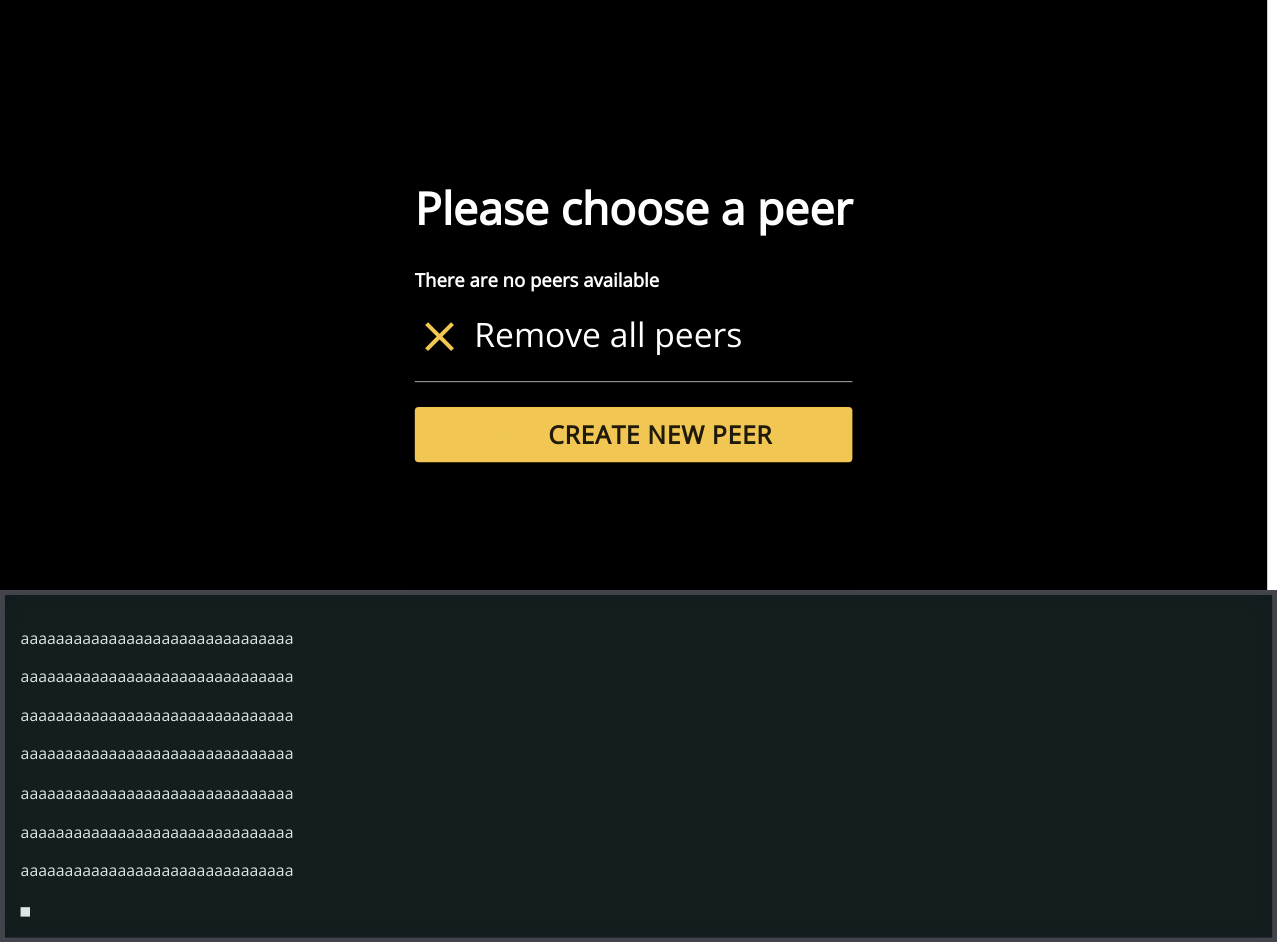
Repository: Bachdz/ASAP-Gui-Frontend
Page: /login
The author's editor kept a copy of each file at every save. The page is drawn from the files as they stood at one save, then again after the next save.
The browser window is 1280 px wide. The page is 1290 px wide, so the pictures cover 1290 px, including what lies to the right of the window. The pictures show the whole page, at 99% of full size.
The page's requests for data from a server got no answer. The project was rebuilt for these pictures with package versions that can differ from the ones it lists, and the page was loaded fresh each time. No one was signed in, and anything a server would have sent is missing. Also part of the build but not shown: src/css/loginscreen/Peer.css, src/components/fragments/Footer.js, src/components/mainscreen/subcomponents/Apps.js, src/css/mainscreen/Main.css, src/components/mainscreen/Main.js.

Above is the page before, as saved 2020-12-16 19:35:06.

### src/App.js
import React from 'react';



import { ReactComponent as Arrow } from './arrow.svg';
import Login from './components/loginscreen/Login';
import Main from './components/mainscreen/Main';
import { Link } from 'react-router-dom';
import Logo from './components/fragments/Footer';


import { BrowserRouter as Router, Route } from 'react-router-dom'

import './App.css';

function App() {
  return (
      <Router>
        <Route exact path="/" render={props => (
          <React.Fragment>
        <div className="container">

            <div className="content">
              <div id="box">
                <h1>Welcome to ASAP engine</h1>
                <Link to="/login"><Arrow id="next" /></Link>
              </div>
            </div>
          <Logo />
        </div>


          </React.Fragment>
        )} />
        <Route path="/login" component={Login} />
        <Route path="/main/user" component={Main} />

      </Router>
  );
}



export default App;

### src/components/loginscreen/Login.js
import React, { Component } from 'react';
import Peer from './subcomponents/Peer';
import CreateUser from './subcomponents/CreateUser';
import CloseIcon from '@material-ui/icons/Close';
import Alert from '@material-ui/lab/Alert';
import Snackbar from '@material-ui/core/Snackbar';
import Logo from '../fragments/Footer';
import Terminal from '../fragments/Terminal';



import '../../css/loginscreen/Login.css';
import axios from 'axios';



class Login extends Component {
    state = {
        peers: [],
        alertopen: false,
        alertmsg: '',
        alerttype: ''
    }

    componentDidMount() {
        axios.get('http://localhost:8080/api/v1/asap/peers')
            .then(res => this.setState({ peers: res.data }))
    }

    //create User
    addUser = (userName) => {
        let url = 'http://localhost:8080/api/v1/asap/peer?name=' + userName;
        axios.post(url)
            .then(res => this.setState({ peers: [...this.state.peers, res.data] }))
    }

    //remove all users
    removeAllUser = () => {
        axios.delete('http://localhost:8080/api/v1/asap/peers')
            .then(res => {
                if (res.data === false) {
                    this.setState({ alertopen: !this.state.alertopen, alertmsg: "Couldn't delete peers", alerttype: "error" });

                } else if (res.data === true) {
                    this.setState({ alertopen: !this.state.alertopen, alertmsg: "Deleted successfully ", alerttype: "success" });
                    axios.get('http://localhost:8080/api/v1/asap/peers')
                        .then(res => this.setState({ peers: res.data }))
                }



            }


            )


    }

    handleClose = (event, reason) => {
        this.setState({ alertopen: !this.state.alertopen });
    }


    render() {
        const { alertopen, alertmsg, alerttype } = this.state;
        return (
            <div>

                <div className="container">
                    <div className="content">
                        <div className="login-container">
                            <Snackbar anchorOrigin={{ vertical: 'top', horizontal: 'center' }} open={alertopen} autoHideDuration={2000} onClose={this.handleClose}>
                                <Alert onClose={this.handleClose} severity={alerttype}>
                                    {alertmsg}
                                </Alert>
                            </Snackbar>
                            <h1>Please choose a peer</h1>
                            <Peer peers={this.state.peers} />

                            <div id="remove-peer">
                                <CloseIcon id="remove" onClick={this.removeAllUser} /> Remove all peers
            </div>
                            <CreateUser addUser={this.addUser} />

                        </div>
                    </div>

                </div>
                <Terminal />

            </div>

        );
    }
}


export default Login;

### src/App.css
@import url('https://fonts.googleapis.com/css?family=Open+Sans');
body {
  font-family: "Open Sans", sans-serif;

}

#box {
  text-align: center;
}

.content {
  min-height: 80vh;
  margin-top:20px;
  display: flex;
  align-items: center;
}

.container {
  display: flex;
  align-items: center;
  justify-content: center;
  flex-direction: column;
  background-color: #000000;
  color: #ffffff;
  height: 70%;
  margin:0;
}

footer {
 margin-top:auto;
 width: 100vw;
}



#next {
  cursor: "pointer";
  transition: transform 330ms ease-in-out;

}
#next:hover {
  cursor: pointer;
  -ms-transform: scale(1.2); /* IE 9 */
  -webkit-transform: scale(1.2); /* Safari 3-8 */
  transform: scale(1.2);
}
h1 {
  font-size: 45px;
  text-align: center;
  animation: fadein 3s;
  -moz-animation: fadein 3s; /* Firefox */
  -webkit-animation: fadein 3s; /* Safari and Chrome */
  -o-animation: fadein 3s; /* Opera */
}
@keyframes fadein {
  from {
      opacity:0;
  }
  to {
      opacity:1;
  }
}
@-moz-keyframes fadein { /* Firefox */
  from {
      opacity:0;
  }
  to {
      opacity:1;
  }
}
@-webkit-keyframes fadein { /* Safari and Chrome */
  from {
      opacity:0;
  }
  to {
      opacity:1;
  }
}
@-o-keyframes fadein { /* Opera */
  from {
      opacity:0;
  }
  to {
      opacity: 1;
  }
}

### src/components/loginscreen/subcomponents/Peer.js
import React from 'react';
import '../../../css/loginscreen/Peer.css';
import AccountCircleIcon from '@material-ui/icons/AccountCircle';
import ArrowForwardIcon from '@material-ui/icons/ArrowForward';
// import { Redirect } from 'react-router-dom';
import { Link } from 'react-router-dom';

function Peer (props) {

        if (props.peers.length > 0) {
            return (
                props.peers.map((peer) => (
                    <div className="peer-container">
                        <AccountCircleIcon id="icon" />
                        {peer.name}
                        <Link to={{
                            pathname: '/main/user',
                            state: {
                                peer: peer.name
                            }
                        }}>
                            <ArrowForwardIcon id="forward" />
                        </Link>
                    </div>

                ))

            );


        } else {
            return (
                <h3>There are no peers available</h3>
            )
        }
    }





export default Peer;

### src/components/loginscreen/subcomponents/CreateUser.js
import React, {Component} from 'react';
import Button from '@material-ui/core/Button';
import AddIcon from '@material-ui/icons/Add';
import TextField from '@material-ui/core/TextField';
import Dialog from '@material-ui/core/Dialog';
import DialogActions from '@material-ui/core/DialogActions';
import DialogContent from '@material-ui/core/DialogContent';
import '../../../css/loginscreen/CreateUser.css';
import DialogContentText from '@material-ui/core/DialogContentText';

export class CreateUser extends Component {
    state = {
        open: false,
        error: false,
        username: ''
    }

    handleClickOpen = () => {
        this.setState({
            open: !this.state.open
        })
      };

    handleClose = (e) => {
        this.setState({
            open: !this.state.open
        })
    };

    onChange = (e) => this.setState({ [e.target.name]: e.target.value })

    onSubmit = (e) => {
        if (this.state.username !== '') {
            this.props.addUser(this.state.username);
            this.setState({username : ''});
            this.handleClose();
        } else {
            this.setState({error: true});
        }
    }

    render() {
    const { open,error } = this.state

    return (
        <div>

            <Button startIcon={<AddIcon id="addIcon" />} id="addButton" onClick={this.handleClickOpen}>Create new peer</Button>

            <Dialog open={open} onClose={this.handleClose} aria-labelledby="form-dialog-title">
                <DialogContent id="dialog">
                    <DialogContentText id="dialog-text">
                        Please enter your name
          </DialogContentText>
                    <TextField
                       error={this.state.error}
                     required
                        autoFocus
                        margin="dense"
                        name="username"
                        type="string"
                        label="Username"
                        helperText={error ===true  ? "username is required" : ""}
                        onChange={this.onChange}
                        fullWidth
                    />
                </DialogContent>
                <DialogActions id="dialog-action">
                    <Button onClick={this.onSubmit} id="button" color="primary">
                        Done
          </Button>
                </DialogActions>
            </Dialog>
        </div>
    );
}
}
export default CreateUser ;

### src/components/fragments/Terminal.js
import React from 'react'
import '../../css/Terminal.css';



export default function Terminal() {
    return (
        <div className="console">
            <pre className="i-has-teh-code">
                <p>aaaaaaaaaaaaaaaaaaaaaaaaaaaaaaa</p>
                <p>aaaaaaaaaaaaaaaaaaaaaaaaaaaaaaa</p>
                <p>aaaaaaaaaaaaaaaaaaaaaaaaaaaaaaa</p>
                <p>aaaaaaaaaaaaaaaaaaaaaaaaaaaaaaa</p>
                <p>aaaaaaaaaaaaaaaaaaaaaaaaaaaaaaa</p>
                <p>aaaaaaaaaaaaaaaaaaaaaaaaaaaaaaa</p>
                <p>aaaaaaaaaaaaaaaaaaaaaaaaaaaaaaa</p>

            </pre>
        </div>
    )
}

### src/css/loginscreen/Login.css
@import url('https://fonts.googleapis.com/css?family=Open+Sans');




.content {
    display: flex;
    align-items: center;
    justify-content: center;
    flex-direction: column;
    background-color: #000000;
    color: #ffffff;
    margin:0;
  }

footer {
   margin-top:auto;
   width: 100vw;
  }




#remove {
    cursor: pointer;
    color: #F1C653;
    float: left;
    font-size: 50px;
    margin-right: 10px;
}

#remove:hover {
    cursor: pointer;
    -ms-transform: scale(1.2); /* IE 9 */
    -webkit-transform: scale(1.2); /* Safari 3-8 */
    transform: scale(1.2);
  }

#remove-peer {
    width: 100%;
    border-bottom: 1px solid #aaa;
    padding-bottom:20px;
    margin-top: 20px;
    display: flex;
    font-size: 34px;
    animation: fadein 3.5s;
    -moz-animation: fadein 3.5s; /* Firefox */
    -webkit-animation: fadein 3.5s; /* Safari and Chrome */
    -o-animation: fadein 3.5s; /* Opera */
}

### src/css/loginscreen/CreateUser.css
@import url('https://fonts.googleapis.com/css?family=Open+Sans');
* {
    font-family:"Open Sans", sans-serif ;
}
#addButton{
    z-index: 99;
    margin-top:25px;
    background-color: #F1C653;
    width: 100%;
    font-size:25px;
    font-weight: bolder;
}

#addIcon {
    font-size: 26px;
}
#dialog {

}
#dialog-text {
    font-family:"Open Sans", sans-serif ;
    color: #000000;

    text-align: center;
}
#button {
    background-color: #F1C653;
    color: #000000;
    width: 50%;
    font-size:15px;
    font-weight: bolder;
}

### src/css/Terminal.css
@charset "UTF-8";
@-webkit-keyframes waiting {
    0% {
        opacity: 0;
    }
    35%,
    75% {
        opacity: 1;
    }
    100% {
        opacity: 0;
    }
}

@keyframes waiting {
    0% {
        opacity: 0;
    }
    35%,
    75% {
        opacity: 1;
    }
    100% {
        opacity: 0;
    }
}

@-webkit-keyframes joltBG {
    0% {
        opacity: 0.3;
    }
    22%,
    26% {
        opacity: 0.2;
    }
    27%,
    45% {
        opacity: 0.4;
    }
    46%,
    76% {
        opacity: 0.5;
    }
    76%,
    78% {
        opacity: 0.05;
    }
    78% {
        opacity: 0.3;
    }
    100% {
        opacity: 0.3;
    }
}

@keyframes joltBG {
    0% {
        opacity: 0.3;
    }
    22%,
    26% {
        opacity: 0.2;
    }
    27%,
    45% {
        opacity: 0.4;
    }
    46%,
    76% {
        opacity: 0.5;
    }
    76%,
    78% {
        opacity: 0.05;
    }
    78% {
        opacity: 0.3;
    }
    100% {
        opacity: 0.3;
    }
}

.i-has-teh-code {
    height: 30%;
    white-space: pre-wrap;
    background: #141e1e;
    color: #dce6e6;
    margin: 0 auto;
    font-family: Monaco, Consolas, "Lucida Console", monospace;
    padding: 1em 1em 2.5em 1em;
    line-height: 1.45;
    position: relative;
    overflow-y: scroll;

}

.i-has-teh-code::-moz-selection {
    color: #141e1e;
    background: #dce6e6;
}

.i-has-teh-code::selection {
    color: #141e1e;
    background: #dce6e6;
}

.i-has-teh-code:before {
    position: absolute;
    pointer-events: none;
    top: 0;
    right: 0;
    bottom: 0;
    left: 0;
    background-color: rgba(50, 50, 80, 0.6);
    content: '';
    z-index: 100;
    box-shadow: inset 0px 0px 20px 0px rgba(0, 0, 60, 0.3);
    background: url('data:[embedded picture, 484 characters]');
    -webkit-animation-name: joltBG;
    animation-name: joltBG;
    -webkit-animation-duration: 10000ms;
    animation-duration: 10000ms;
    -webkit-animation-iteration-count: infinite;
    animation-iteration-count: infinite;
    -webkit-animation-timing-function: linear;
    animation-timing-function: linear;
}

.i-has-teh-code:after {
    position: absolute;
    pointer-events: none;
    bottom: 0em;
    left: 0em;
    content: '■';
    padding: 1em;
    -webkit-animation-name: waiting;
    animation-name: waiting;
    -webkit-animation-duration: 1200ms;
    animation-duration: 1200ms;
    -webkit-animation-iteration-count: infinite;
    animation-iteration-count: infinite;
    -webkit-animation-timing-function: ease-in-out;
    animation-timing-function: ease-in-out;
}

.console {
    height: 30%;
    width: 100vw;
    background: rgba(20, 20, 30, 0.8);
    padding: 0.3em;
}

### src/css/mainscreen/Apps.css

#addIcon, #removeIcon {
    float:right;
    color: #F1C653;
    font-size: 30px;
    margin-right:20px;
}
.title {
    display:flex;
    align-items: center;
}


.parentList {
    margin-left:10px;
}

.main-items {
    font-size: 30px;
}

#apps {
    padding-left:50px;
}

.input {
    font-style: italic;
    width: 100%;
    border:none;
    outline: none;
    border-bottom: 2px solid #808080;
    background: #000000;
    color: #ffffff;
    width: 70%;
    margin-left:45px;
    font-size:20px;
}

.add {
    width: 100%;
    display:flex;
    color: #F1C653;
}

#checkicon {
    float: right;
}

#checkicon-inactive {
    color: #808080;
}

Loaded but not shown: public/index.html (common file); src/index.js (common file); src/index.css (common file); src/reportWebVitals.js (common file)

After the next save:
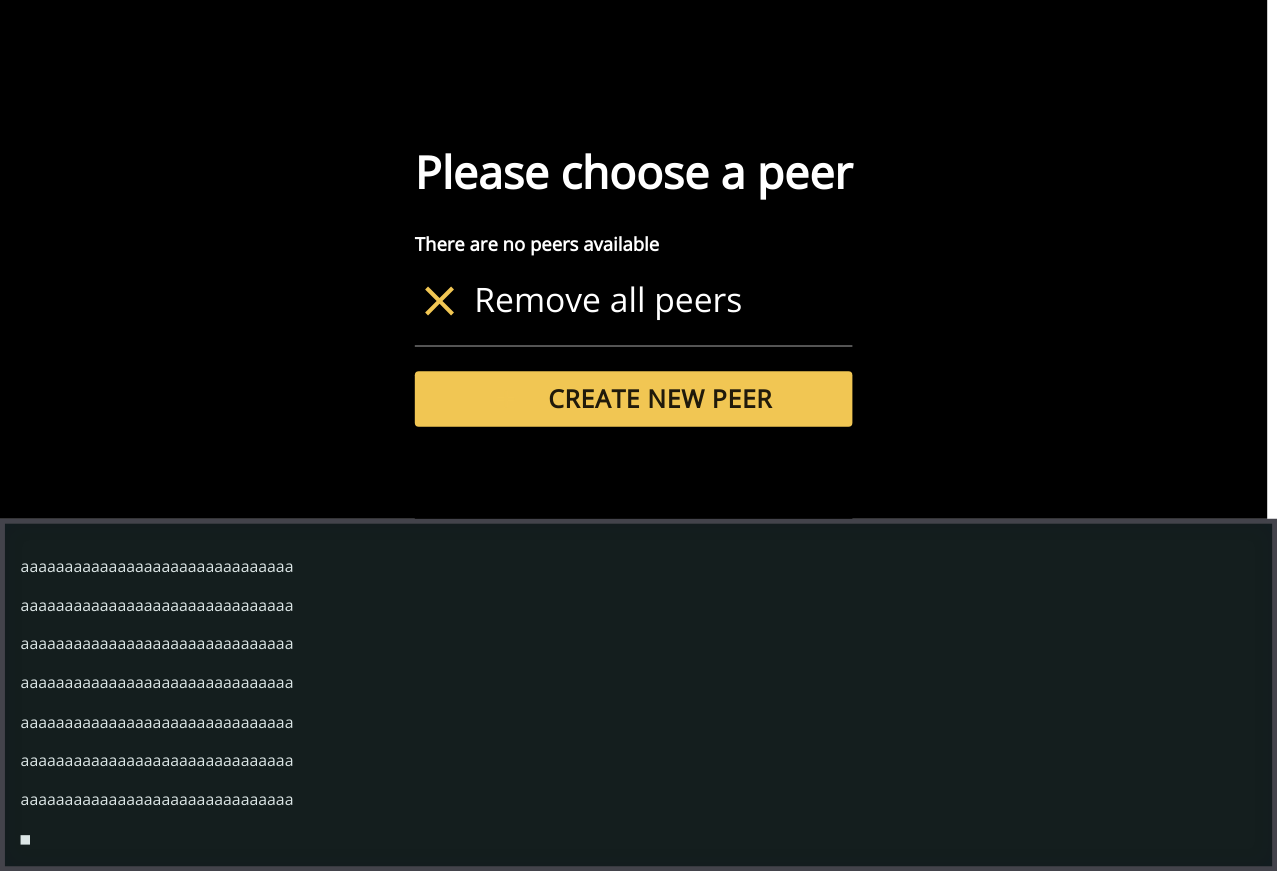
Saved 2 min 18 s later.
--- a/src/App.css
+++ b/src/App.css
@@ -9,7 +9,7 @@ body {
 }
 
 .content {
-  min-height: 80vh;
+  min-height: 70vh;
   margin-top:20px;
   display: flex;
   align-items: center;
